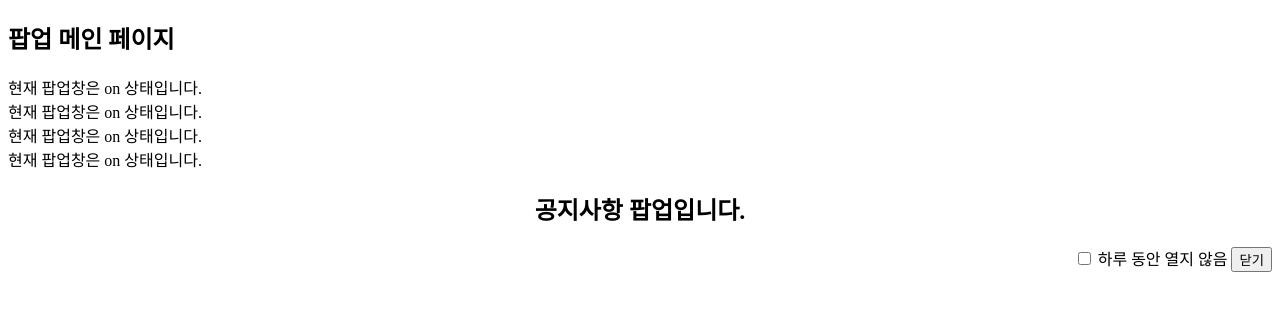
Repository: jungwoonAn/jsp_basic
Page: http://localhost/MustHaveJSP/04_Cookie/PopupMain.jsp
The author's editor kept a copy of each file at every save. The page is drawn from the files as they stood at one save, then again after the next save.
The browser window is 1280 px wide. The pictures show the whole page.
The page is served by Tomcat 10. Other server files are loaded and not shown.

Above is the page before, as saved 2024-10-18 00:54:21.

### MustHaveJSP/src/main/webapp/04_Cookie/PopupMain.jsp
<%@ page language="java" contentType="text/html; charset=UTF-8"
    pageEncoding="UTF-8"%>
<%
String popupMode = "on";  // 레이어 팝업창 띄울지 여부
%>
<!DOCTYPE html>
<html>
<head>
<meta charset="UTF-8">
<title>쿠키를 이용한 팝업 관리</title>
</head>
<body>
	<h2>팝업 메인 페이지</h2>
	<%
	for(int i=1; i<5; i++)
		out.print("현재 팝업창은 " + popupMode + " 상태입니다. <br>");

	if(popupMode.equals("on")){
	%>
		<div id="popup">
			<h2 style="text-align:center;">공지사항 팝업입니다.</h2>
			<div style="text-align:right;">
				<input type="checkbox" id="inactiveToday" value="1">
				하루 동안 열지 않음
				<button type="button" id="closeBtn">닫기</button>
			</div>
		</div>
	<%
	}
	%>

</body>
</html>

After the next save:
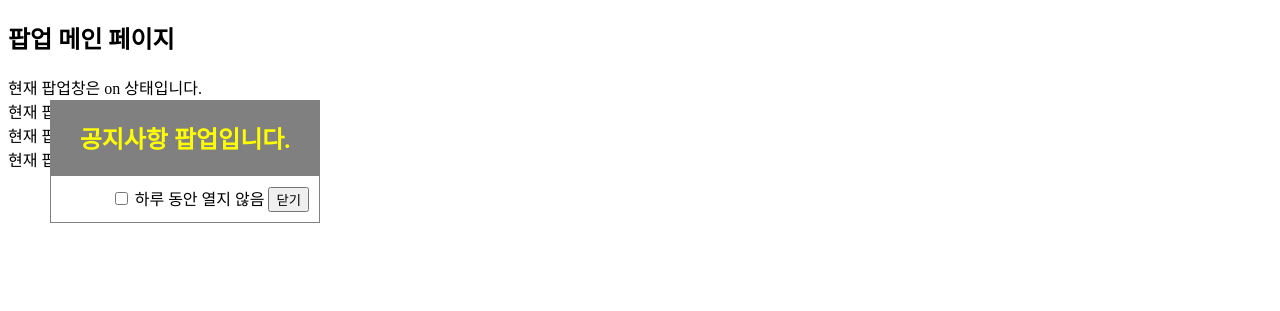
Saved 9 min 0 s later.
--- a/MustHaveJSP/src/main/webapp/04_Cookie/PopupMain.jsp
+++ b/MustHaveJSP/src/main/webapp/04_Cookie/PopupMain.jsp
@@ -8,6 +8,17 @@ String popupMode = "on";  // 레이어 팝업창 띄울지 여부
 <head>
 <meta charset="UTF-8">
 <title>쿠키를 이용한 팝업 관리</title>
+<style type="text/css">
+	#popup {
+	position:absolute; top:100px; left:50px; color: yellow;
+	width: 270px; height:100px; background-color: gray;
+	}
+	#popup>div {
+	position: relative; background-color: #fff; top:0;
+	border: 1px solid gray; padding: 10px; color: black;
+	}
+</style>
+<script src="https://ajax.googleapis.com/ajax/libs/jquery/3.7.1/jquery.min.js"></script>
 </head>
 <body>
 	<h2>팝업 메인 페이지</h2>
